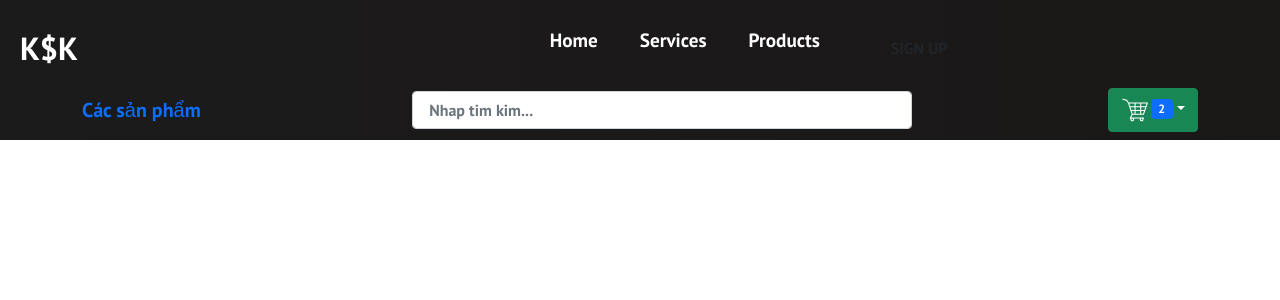
Repository: NguyenKhanhDP/nguyenankhanh-datttn2021
Page: /products/homecart
These files come from the project's save history. The page is drawn as it stood at one moment and after a run of saves; the edit follows.
The browser window is 1280 px wide. The pictures show the whole page.
Some web libraries are served in a nearby version. The project was rebuilt for these pictures with package versions that can differ from the ones it lists, and the page was loaded fresh each time. Also part of the build but not shown: src/components/Cards.css, src/components/CardItem.js, src/components/Cards.js, src/components/HeroSection.js, src/components/Footer.js, src/components/pages/Home.js, src/components/pages/Services.js, src/components/pages/productshopping/Cartview.js. Imported but missing from the stored project, and not drawn on this page: src/components/pages/SignUp.

Above is the page before, as saved 2021-09-29 21:26:09.

After the next 5 saves:
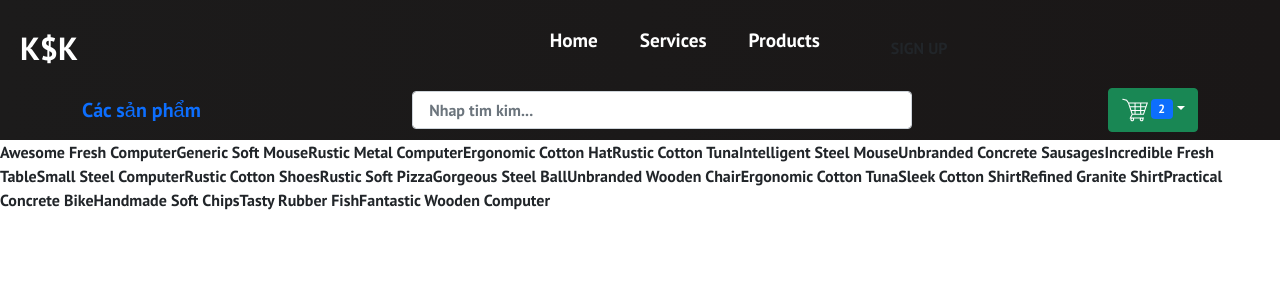
The 5 saves are shown as one change because 1 did not build or start and some came seconds apart.
The last was saved 13 s later.
--- a/src/components/pages/productshopping/HomeCart.js
+++ b/src/components/pages/productshopping/HomeCart.js
@@ -12,8 +12,9 @@ export const HomeCart = () => {
 
             <div className="productContainer">
                 { products.map((prod) =>{
-                    return
-                    <span>{prod.name}</span>
+                    return (
+                        <span>{prod.name}</span>
+                    )
                 })}
             </div>
         </div>
